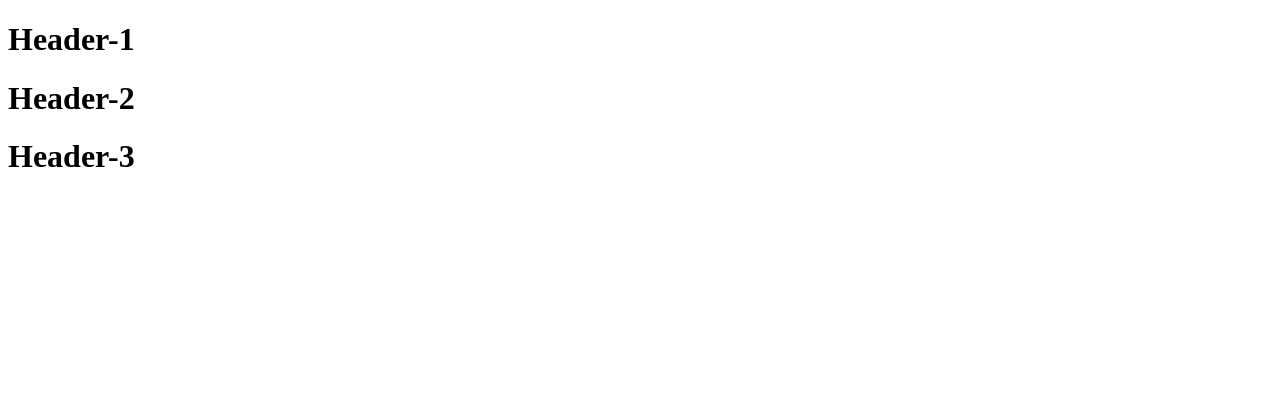
Repository: Junhee1412/front_end_practice
Page: jquery, bootstrap/js01_jquery/public/js14_inner.html
These files come from the project's save history. The page is drawn as it stood at one moment and after the next save; the edit follows.
The browser window is 1280 px wide. The pictures show the whole page.

Above is the page before, as saved 2022-11-14 07:22:24.

### jquery, bootstrap/js01_jquery/public/js14_inner.html
<!DOCTYPE html>
<html>
<head>
	<meta charset="UTF-8">
	<title>Insert title here</title>
		<script src="./js/jquery-3.6.1.min.js"></script>
	<script>
		//html(), text(), remove(), empty()
		$(function() {});
			//1. html() : 문서객체
			var h1 = $('h1').html(); //문서객체
			//alert(h1);
			//2. text() : 문서객체 내부의 문자열
			var h1_text = $('h1').text();
			alert(h1_text);
			//문서객체 추가하기
			$('div.html').html('<h1>$().html() 메서드</h1>');
			//3. remove() : 문서객체를 삭제

			//4. empty() : 문서객체 내부문자를 삭제
	</script>
</head>
<body>
	<h1>Header-1</h1>
	<h1>Header-2</h1>
	<h1>Header-3</h1>

	<div class="html"></div>
	<div class="html"></div>
	<div class="html"></div>

	<div class="text"></div>
	<div class="text"></div>
	<div class="text"></div>
</body>
</html>

Loaded but not shown: jquery, bootstrap/js01_jquery/public/js/jquery-3.6.1.min.js (library)

After the next save:
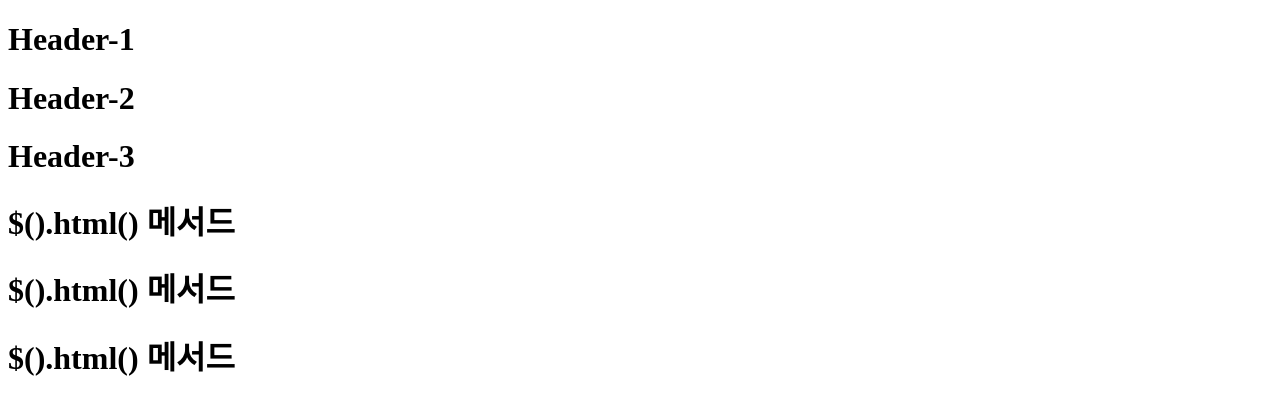
Saved 24 s later.
--- a/jquery, bootstrap/js01_jquery/public/js14_inner.html
+++ b/jquery, bootstrap/js01_jquery/public/js14_inner.html
@@ -6,7 +6,7 @@
 		<script src="./js/jquery-3.6.1.min.js"></script>
 	<script>
 		//html(), text(), remove(), empty()
-		$(function() {});
+		$(function() {
 			//1. html() : 문서객체
 			var h1 = $('h1').html(); //문서객체
 			//alert(h1);
@@ -18,6 +18,7 @@
 			//3. remove() : 문서객체를 삭제
 
 			//4. empty() : 문서객체 내부문자를 삭제
+		});
 	</script>
 </head>
 <body>
